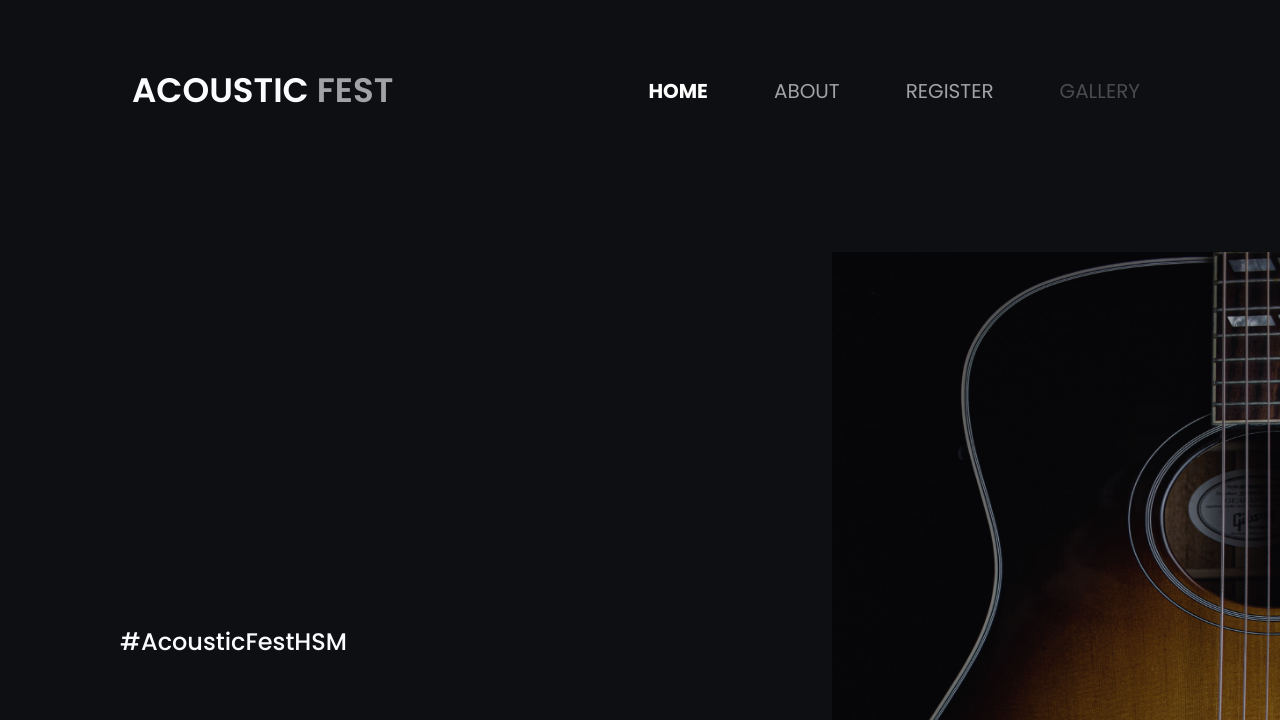
Repository: piyushiso/piyushiso.github.io
Page: event/acousticfest/index.html
An editor plug-in stored every save of this project. The page is shown before and after the next save, followed by the edit.
The browser window is 1280 px wide. The pictures show the whole page.
Some web fonts or font styles are not loaded; a fallback is used.

Above is the page before, as saved 2022-05-14 03:24:00.

### event/acousticfest/index.html
<html lang="en">
<head>
    <meta charset="UTF-8">
    <meta http-equiv="X-UA-Compatible" content="IE=edge">
    <meta name="viewport" content="width=device-width, initial-scale=1.0">
    <link href="https://cdn.jsdelivr.net/npm/bootstrap@5.2.0-beta1/dist/css/bootstrap.min.css" rel="stylesheet" integrity="sha384-0evHe/X+R7YkIZDRvuzKMRqM+OrBnVFBL6DOitfPri4tjfHxaWutUpFmBp4vmVor" crossorigin="anonymous">
    <link rel="stylesheet" href="styles/style.css" type="text/css"/>
    <title>Acoustic Fest 2022</title>
</head>
<body>
    <nav class="navbar navbar-expand-lg fixed-top navbar-dark bg-dark">
        <div class="container-fluid">
          <a class="navbar-brand" href="#"><span class="primary">ACOUSTIC</span> FEST</a>
          <div class="d-flex">
            <button class="navbar-toggler" type="button" data-bs-toggle="collapse" data-bs-target="#navbarSupportedContent" aria-controls="navbarSupportedContent" aria-expanded="false" aria-label="Toggle navigation">
                <span class="navbar-toggler-icon"></span>
            </button>
            <div class="collapse navbar-collapse" id="navbarSupportedContent">
                <ul class="navbar-nav me-auto mb-2 mb-lg-0">
                    <li class="nav-item primary">
                        <a class="nav-link active" aria-current="page" href="#">HOME</a>
                    </li>
                    <li class="nav-item">
                        <a class="nav-link secondary" href="#">ABOUT</a>
                    </li>
                    <li class="nav-item">
                        <a class="nav-link secondary" href="#">REGISTER</a>
                    </li>
                    <li class="nav-item secondary">
                        <a class="nav-link disabled" href="#">GALLERY</a>
                    </li>
                </ul>
            </div>
          </div>
        </div>
    </nav>
    <div class="components">
        <div class="fixed-bottom">
            <span>#AcousticFestHSM</span>
        </div>
    </div>
    <script src="https://cdn.jsdelivr.net/npm/bootstrap@5.2.0-beta1/dist/js/bootstrap.bundle.min.js" integrity="sha384-pprn3073KE6tl6bjs2QrFaJGz5/SUsLqktiwsUTF55Jfv3qYSDhgCecCxMW52nD2" crossorigin="anonymous"></script>
</body>
</html>

### event/acousticfest/styles/style.css
@import url('https://fonts.googleapis.com/css2?family=Montserrat:wght@100&family=Poppins:wght@100;400;500;600;700&display=swap');
@import url('http://fonts.cdnfonts.com/css/choco-cookies');

:root {
    --bg: #0E0F13;
    --primary: #FAFCFD;
    --secondary: #A0A2A6;
    --main-font: 'Poppins', sans-serif;
    --secondary-font: 'Choco Cookies', sans-serif;
    --bold: 700;
    --semi-bold: 600;
    --medium: 500;
    --regular: 400;
    --t1: 64px;
    --t2: 60px;
    --t3: 38px;
    --t4: 34px;
    --t5: 30px;
    --t6: 24px;
    --t7: 20px;
    --padding-x: 120px;
    --padding-y: 60px;
    --padding-sub: 30px;
}

body{
    background: var(--bg);
    color: var(--primary);
    font-family: var(--main-font);
    font-weight: var(--medium);
    font-size: var(--t6);
    letter-spacing: 5% !important;
    background-image: url("../assets/images/background.png");
    background-repeat: no-repeat;
    background-attachment: fixed;
    background-position: bottom right;
    background-size: 35% 65%;
}

nav {
    background: var(--bg) !important;
    padding: var(--padding-y) var(--padding-x)!important;
}

.navbar-dark, .bg-dark{
    background: var(--bg) !important;
    color: var(--primary);
}

.navbar-brand{
    font-size: var(--t4);
    color: var(--secondary);
    font-weight: var(--semi-bold);
}

.nav-item a{
    font-size: var(--t7);
    font-weight: var(--regular);
}

.active{
    font-weight: var(--bold) !important;
}

.fixed-bottom{
    padding: inherit;
}

.navbar ul li{
    padding-left: 50px;
}

.primary{
    color: var(--primary);
}

.secondary{
    color: var(--secondary);
}

.components{
    padding: var(--padding-y) var(--padding-x);
}

After the next save:
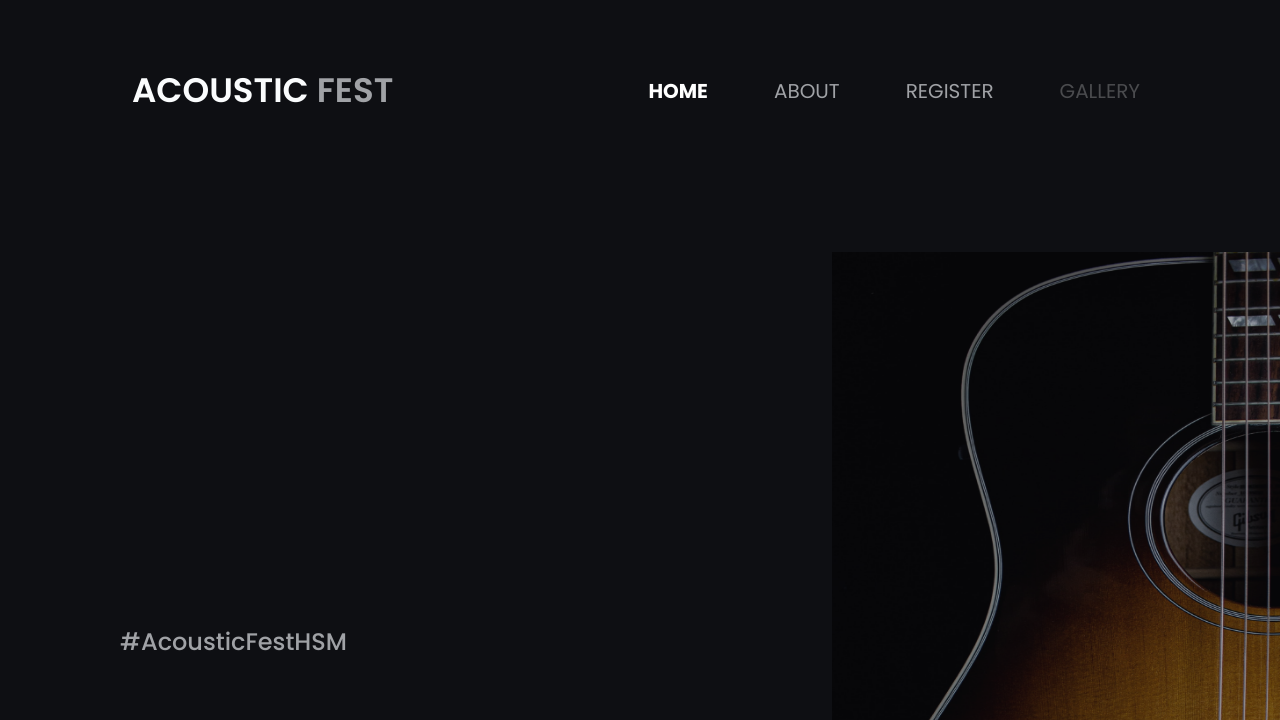
Saved 17 s later.
--- a/event/acousticfest/index.html
+++ b/event/acousticfest/index.html
@@ -36,7 +36,7 @@
     </nav>
     <div class="components">
         <div class="fixed-bottom">
-            <span>#AcousticFestHSM</span>
+            <span class="secondary">#AcousticFestHSM</span>
         </div>
     </div>
     <script src="https://cdn.jsdelivr.net/npm/bootstrap@5.2.0-beta1/dist/js/bootstrap.bundle.min.js" integrity="sha384-pprn3073KE6tl6bjs2QrFaJGz5/SUsLqktiwsUTF55Jfv3qYSDhgCecCxMW52nD2" crossorigin="anonymous"></script>
